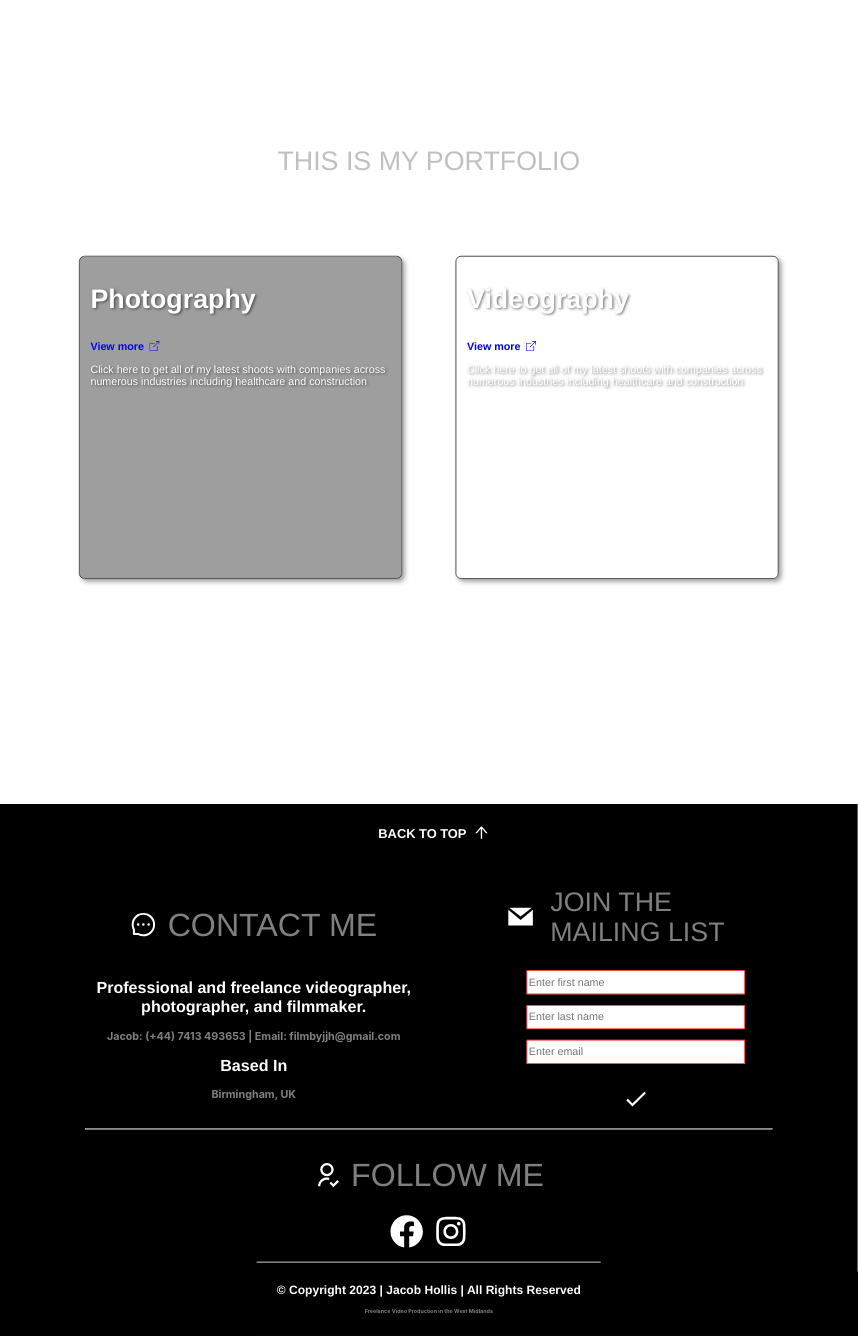
Repository: ThomasMTurner/filmbyjjh-portfolio
Page: /portfolio (app in client/)
These files come from the project's save history. The page is drawn as it stood at one moment and after the next save; the edit follows.
The browser window is 1280 px wide. The pictures show the whole page, at 67% of full size.
Pictures or frames that could not be fetched are drawn as grey boxes. The project was rebuilt for these pictures with package versions that can differ from the ones it lists, and the page was loaded fresh each time. Also part of the build but not shown: client/vite.config.js, client/src/pages/Components/TagComponents.jsx, client/src/pages/Components/Post.jsx, client/src/pages/Components/SearchBar.jsx, client/src/pages/Updates.jsx, client/src/pages/Contact.jsx, client/src/pages/Components/InitialLogin.jsx, client/src/pages/Home.jsx and 2 more. Imported but missing from the stored project, and not drawn on this page: client/src/pages/Components/Videos/header.mp4, client/src/pages/Components/Videos/portfolio-reel.mp4.

Above is the page before, as saved 2023-10-20 13:22:35.

After the next save:
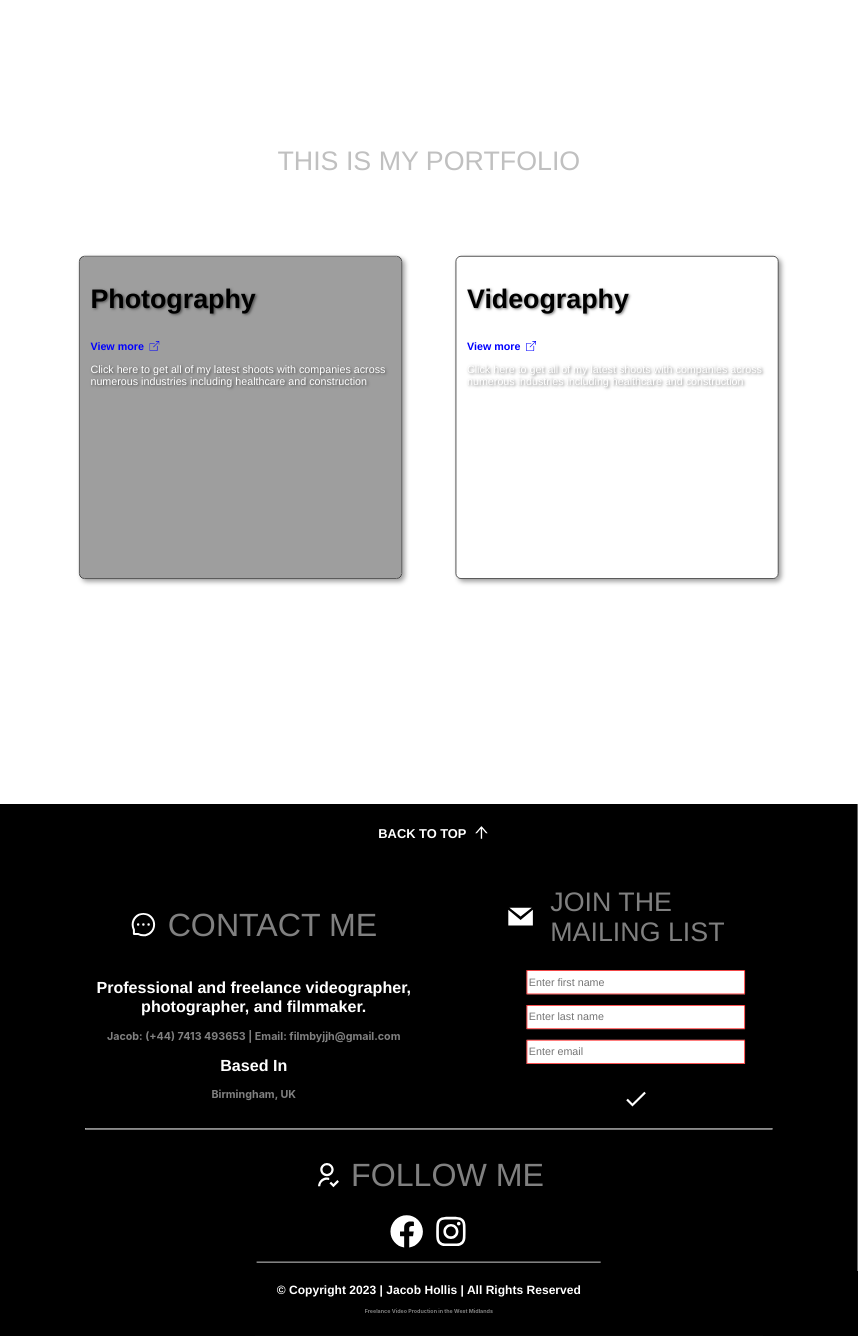
Saved 93 s later.
--- a/client/src/pages/Portfolio.jsx
+++ b/client/src/pages/Portfolio.jsx
@@ -8,7 +8,7 @@ const PortfolioCard = (props) => {
     console.log(props.title.toLowerCase().slice(0, 5))
     return (
         <div onClick={() => navigate(`/portfolio/${props.title.toLowerCase().slice(0, 5)}`)} onMouseEnter={() => setHovering(true)} onMouseLeave={() => setHovering(false)} className={`portfolio-card portfolio-card-${props.title.toLowerCase()}`}>
-            <p style={{fontFamily:'helvetica', fontWeight:'bold', fontSize:'2.5rem', color:'white'}}>{props.title}</p>
+            <p style={{fontFamily:'helvetica', fontWeight:'bold', fontSize:'2.5rem', color:'black'}}>{props.title}</p>
             <button className={`portfolio-card-button ${hovering ? 'portfolio-card-button-hover' : ''}`} type="button" onClick={() => navigate(`/portfolio/${props.title.toLowerCase().slice(0, 5)}`)}>View more <BsBoxArrowUpRight color={'blue'} size={15} /></button>
             <p style={{fontFamily:'helvetica', fontWeight:'200', fontSize:'1rem', color:'white'}}>{props.desc}</p>
         </div>
